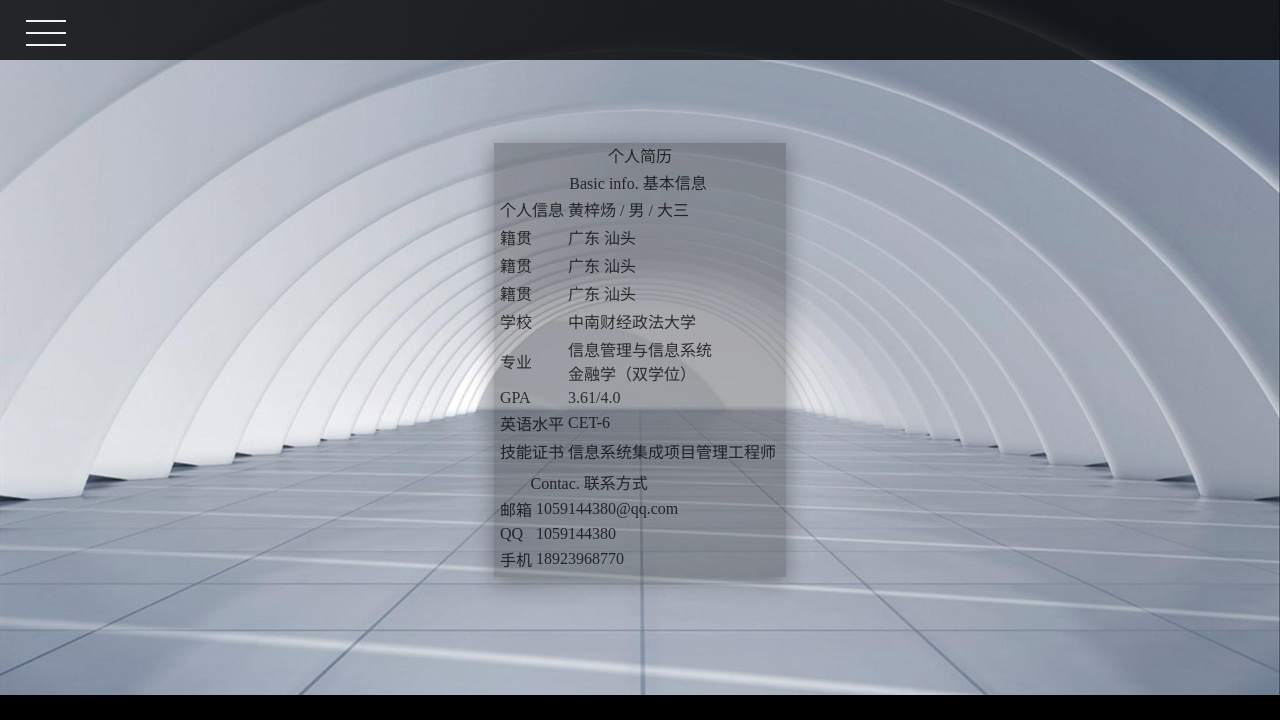
Repository: ustc-hzy/ziYang
Page: resume.html
An editor plug-in stored every save of this project. The page is shown before and after the next save, followed by the edit.
The browser window is 1280 px wide. The pictures show the whole page.

Above is the page before, as saved 2020-06-18 00:15:14.

After the next save:
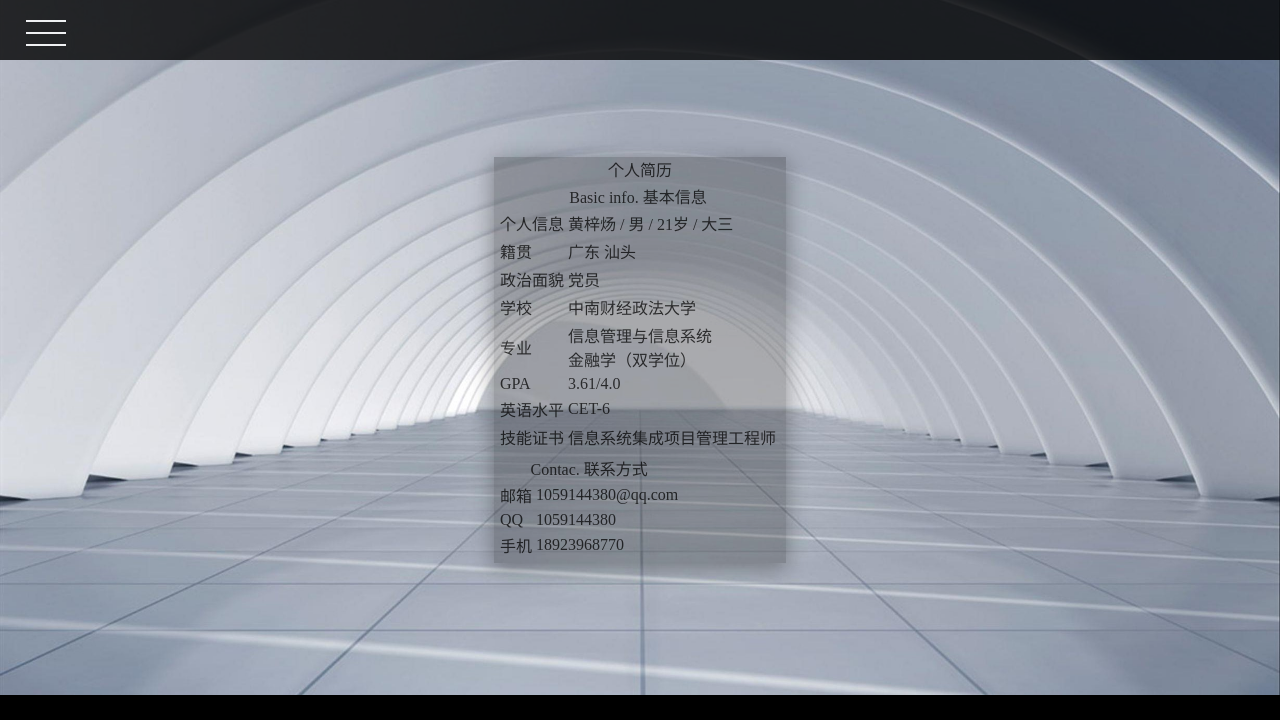
Saved 23 s later.
--- a/resume.html
+++ b/resume.html
@@ -43,19 +43,15 @@
                             <caption><div>Basic info. 基本信息</div></caption>
                             <tr>
                                 <td>个人信息</td>
-                                <td>黄梓炀 / 男 / 大三</td>
+                                <td>黄梓炀 / 男 / 21岁 / 大三</td>
                             </tr>
                             <tr>
                                 <td>籍贯</td>
                                 <td>广东 汕头</td>
                             </tr>
                             <tr>
-                                <td>籍贯</td>
-                                <td>广东 汕头</td>
-                            </tr>
-                            <tr>
-                                <td>籍贯</td>
-                                <td>广东 汕头</td>
+                                <td>政治面貌</td>
+                                <td>党员</td>
                             </tr>
                             <tr>
                                 <td>学校</td>
